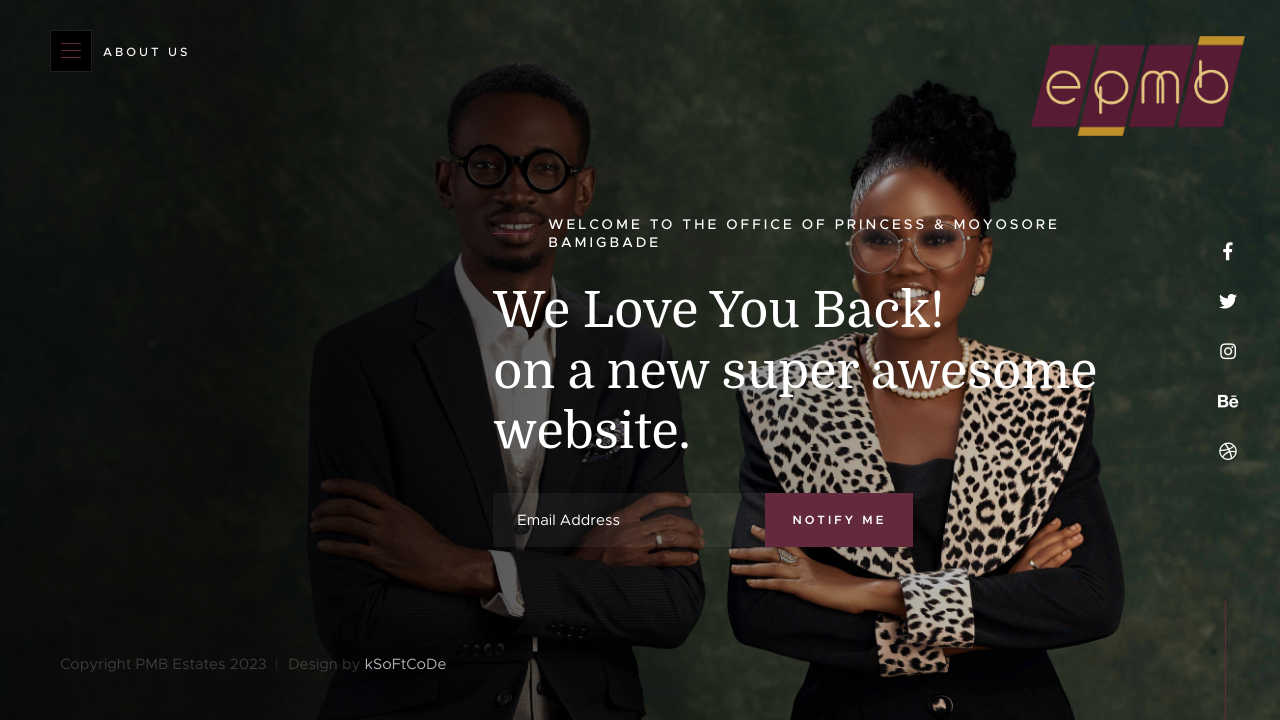
Repository: Ksoftcode/PMB
Page: index.html
An editor plug-in stored every save of this project. The page is shown before and after the next save, followed by the edit.
The browser window is 1280 px wide. The pictures show the whole page.

Above is the page before, as saved 2023-03-27 13:16:29.

### index.html
<!DOCTYPE html>
<html class="no-js" lang="en">
<head>

    <!--- basic page needs
    ================================================== -->
    <meta charset="utf-8">
    <title>Launch | EPMB</title>
    <meta name="description" content="">
    <meta name="author" content="">

    <!-- mobile specific metas
    ================================================== -->
    <meta name="viewport" content="width=device-width, initial-scale=1">

    <!-- CSS
    ================================================== -->
    <link rel="stylesheet" href="css/base.css">
    <link rel="stylesheet" href="css/vendor.css">
    <link rel="stylesheet" href="css/main.css">

    <!-- script
    ================================================== -->
    <script src="js/modernizr.js"></script>
    <script src="js/pace.min.js"></script>

    <!-- favicons
    ================================================== -->
    <link rel="shortcut icon" href="favicon.ico" type="image/x-icon">
    <link rel="icon" href="favicon.ico" type="image/x-icon">

</head>

<body>

    <!-- home
    ================================================== -->
    <main class="s-home s-home--static">

        <div class="overlay"></div>

        <div class="home-content">

            <div class="home-logo">
                <a href="index-static.html">
                    <img src="images/logo.png" alt="Homepage">
                </a>
            </div>

            <div class="row home-content__main">

                <div class="col-eight home-content__text pull-right">
                    <h3>Welcome to the office of Princess & Moyosore Bamigbade</h3>

                    <h1>
                        We Love You Back! <br>
                    on a new super awesome <br> website.
                    </h1>

                    <!-- <p>
                        The future has a way of arriving unannounced.
                    </p> -->

                    <div class="home-content__subscribe">
                        <form id="mc-form" class="group" novalidate="true">
                            <input type="email" value="" name="EMAIL" class="email" id="mc-email" placeholder="Email Address" required="">
                            <input type="submit" name="subscribe" value="Notify Me">
                            <label for="mc-email" class="subscribe-message"></label>
                        </form>
                    </div>
                </div>  <!-- end home-content__text -->

                <!--<div class="col-four home-content__counter">
                     <h3>We Love You Back!</h3>

                    <div class="home-content__clock">
                        <div class="top">
                            <div class="time days">
                                325
                                <span>Days</span>
                            </div>
                        </div>
                        <div class="time hours">
                            09
                            <span>H</span>
                        </div>
                        <div class="time minutes">
                            54
                            <span>M</span>
                        </div>
                        <div class="time seconds">
                            30
                            <span>S</span>
                        </div>
                    </div>   end home-content__clock

                </div>   end home-content__counter -->

            </div>  <!-- end home-content__main -->

            <ul class="home-social">
                <li>
                <a href="#0"><i class="fab fa-facebook-f" aria-hidden="true"></i><span>Facebook</span></a>
                </li>
                <li>
                <a href="#0"><i class="fab fa-twitter" aria-hidden="true"></i><span>Twiiter</span></a>
                </li>
                <li>
                <a href="#0"><i class="fab fa-instagram" aria-hidden="true"></i><span>Instagram</span></a>
                </li>
                <li>
                <a href="#0"><i class="fab fa-behance" aria-hidden="true"></i><span>Behance</span></a>
                </li>
                <li>
                <a href="#0"><i class="fab fa-dribbble" aria-hidden="true"></i><span>Dribbble</span></a>
                </li>
            </ul> <!-- end home-social -->

            <div class="row home-copyright">
                <span>Copyright PMB Estates 2023</span>
                <span>Design by <a href="#">kSoFtCoDe</a></span>
            </div> <!-- end home-copyright -->

            <div class="home-content__line"></div>

        </div> <!-- end home-content -->

    </main> <!-- end s-home -->

    <!-- info
    ================================================== -->
    <a class="info-toggle" href="#0">
        <span class="info-menu-icon"></span>
    </a>

    <div class="s-info">

        <div class="row info-wrapper">

            <div class="col-seven tab-full info-main">
                <h1>ILORIN: WHERE IT BEGAN</h1>
                <p>
                    Princess & Moyosore’s life and career grew out of deep windy city roots. From their childhood in the south community of Ilorin, through their first contact in Chapel Secondary School in 2004 and 2002 respectively with missionary standards where they became friends. In April, 2015, they began to plan a future together in which Moyosore was already a graduate architect and Princess had just completed her nursing program.
                </p>
            <br>
                <h1>A PROMISE: THE ROYAL WEDDING </h1>
                <p>
                    On April 20th, 2019, Princess & Moyosore got wedded which was a beautiful coincidence with moyosores 27th birthday at the International Convention Centre (ICC), Rhema Chapel Headquarters, Ilorin, Kwara State. Princess & Moyosore pledged a vow of a lifetime commitment built on Godly Christian principles and unswerving adventure.
                </p>
                <br>
                <h1>EDUCATION: A PRIORITY/STANDARD</h1>
                <p>
                    The union of Princess & Moyosore established a standard of continuous learning, unlearning and relearning through education. Princess proceeded for her pediatric nursing training at the Lagos University Teaching Hospital in 2018/2019 where by the grace of God she emerged the overall best student for the pediatrics post basic examination in Nigeria.
                    <br>
                    <br>
                    Moyosore also enrolled for his post graduate program in Federal University of Technology Akure where he also finished with honors. Subsequently, PMB proceeded for further studies. Moyosore bagged a diploma in the Business of Architecture from the European School of Economics. He further enrolled for an MSc in Architecture at University of Ilorin, Ilorin, Kwara State.
                    <br>
                    <br>
                    Princess completed a five (5) years nursing degree from the National Open University of Nigeria with honors. Afterwards, she proceeded for her master’s degree in maternal and child health nursing at Babcock University in 2022.
                    <br>
                    <br>
                    These achievements were constantly stirred by a burning desire to attain the zenith of their profession, where no one is left behind.
                    <center>“ 𝑳𝒊𝒕𝒕𝒍𝒆 𝒃𝒚 𝒍𝒊𝒕𝒕𝒍𝒆, 𝒕𝒉𝒆 𝒃𝒊𝒓𝒅 𝒎𝒂𝒌𝒆𝒔 𝒊𝒕𝒔 𝒏𝒆𝒔𝒕”</center>
                </p>
                <br>
                <br>
                <h1>BUSINESS: NIGHTINGALE AND DOCTORS OUTFIT LIMITED</h1>
                <p>
                    Princess shared her vision with Moyosore in 2015 on changing the narrative and perception of Nigerian nurses through a revolutionized appearance and the inclusivity of informatics in nursing education and practice. The company was birth in April 2016 at a small property equipped with machines and experienced staff. The company has since grown with offices in Ilorin and Lagos with a worldwide distribution network.
                </p>
                <br>
                <br>
                <h1> MB ARCHITECTS LIMITED </h1>
                <p>
                    Princess & Moyosore registered MB Architects limited in August 2017 with both of them as the company’s director. Moyosore had always envisioned owning a private firm of his, and this came to fruition with the support of his lovely wife. They took up roles and responsibilities in ensuring a good service delivery and ensuring nothing was left undone in the absence of one of them. Moyosore could always rely on Princesses intelligence in which she was skilled in penmanship while Moyosore possess numerical competence.
                    <br>
                    <br>
                    The firm has its registered offices in Lagos and Abuja, Nigeria. Princess believes in the dream of Moyosore building and designing over 2,000 structures as she addresses him as the <cite>Greatest Architect of Time.</cite>
                </p>
                <br>
            </div>

            <div class="col-four tab-full pull-right info-contact">

                <div class="info-block">
                    <h3>Start A Conversation</h3>
                    <p>
                        <a href="mailto:#0" class="info-email">mailus@ourwebsite.com</a><br>
                        <a href="tel:+18587338912" class="'info-phone">+1.858.733.8912</a>
                    </p>
                </div>

                <div class="info-block">
                    <h3>Visit Our Office</h3>

                    <p class="info-address">
                        1600 Amphitheatre Parkway<br>
                        Mountain View, CA<br>
                        94043 US
                    </p>
                </div>

                <div class="info-block">
                    <h3>Find Us On</h3>

                    <ul class="info-social">
                        <li>
                            <a href="#0"><i class="fab fa-facebook" aria-hidden="true"></i>
                            <span>Facebook</span></a>
                        </li>
                        <li>
                            <a href="#0"><i class="fab fa-twitter" aria-hidden="true"></i>
                            <span>Twiiter</span></a>
                        </li>
                        <li>
                            <a href="#0"><i class="fab fa-instagram" aria-hidden="true"></i>
                            <span>Instagram</span></a>
                        </li>
                        <li>
                            <a href="#0"><i class="fab fa-behance" aria-hidden="true"></i>
                            <span>Behance</span></a>
                        </li>
                        <li>
                            <a href="#0"><i class="fab fa-dribbble" aria-hidden="true"></i>
                            <span>Dribbble</span></a>
                        </li>
                    </ul>
                </div>

            </div>  <!-- end info contact -->

        </div>  <!-- end info wrapper -->

    </div> <!-- end s-info -->


    <!-- preloader
    ================================================== -->
    <div id="preloader">
        <div id="loader">
            <div class="line-scale-pulse-out">
                <div></div>
                <div></div>
                <div></div>
                <div></div>
                <div></div>
            </div>
        </div>
    </div>

    <!-- Java Script
    ================================================== -->
    <script src="js/jquery-3.2.1.min.js"></script>
    <script src="js/plugins.js"></script>
    <script src="js/main.js"></script>

</body>

</html>

### css/vendor.css
/* ===================================================================
 *
 *  Count v1.0 Vendor/Third Party CSS
 *  04-16-2018
 *  ------------------------------------------------------------------
 *
 *  TOC:
 *  # slick slider
 *
 * =================================================================== */


/* ===================================================================
 * # slick slider
 * http://kenwheeler.github.io/slick/
 * ------------------------------------------------------------------- */
.slick-slider {
  position: relative;
  display: block;
  box-sizing: border-box;
  -webkit-touch-callout: none;
  -webkit-user-select: none;
  -khtml-user-select: none;
  -moz-user-select: none;
  -ms-user-select: none;
  user-select: none;
  -ms-touch-action: pan-y;
  touch-action: pan-y;
  -webkit-tap-highlight-color: transparent;
}

.slick-list {
  position: relative;
  overflow: hidden;
  display: block;
  margin: 0;
  padding: 0;
}

.slick-list:focus {
  outline: none;
}

.slick-list.dragging {
  cursor: pointer;
  cursor: hand;
}

.slick-slider .slick-track,
.slick-slider .slick-list {
  -webkit-transform: translate3d(0, 0, 0);
  -moz-transform: translate3d(0, 0, 0);
  -ms-transform: translate3d(0, 0, 0);
  -o-transform: translate3d(0, 0, 0);
  transform: translate3d(0, 0, 0);
}

.slick-track {
  position: relative;
  left: 0;
  top: 0;
  display: block;
}

.slick-track:before,
.slick-track:after {
  content: "";
  display: table;
}

.slick-track:after {
  clear: both;
}

.slick-loading .slick-track {
  visibility: hidden;
}

.slick-slide {
  float: left;
  height: 100%;
  min-height: 1px;
  display: none;
}

[dir="rtl"] .slick-slide {
  float: right;
}

.slick-slide img {
  display: block;
}

.slick-slide.slick-loading img {
  display: none;
}

.slick-slide.dragging img {
  pointer-events: none;
}

.slick-initialized .slick-slide {
  display: block;
}

.slick-loading .slick-slide {
  visibility: hidden;
}

.slick-vertical .slick-slide {
  display: block;
  height: auto;
  border: 1px solid transparent;
}

.slick-arrow.slick-hidden {
  display: none;
}

/*# sourceMappingURL=vendor.css.map */

### css/fonts.css
/* ===================================================================
 * fonts.scss
 *
 * ------------------------------------------------------------------- */


/*
 * domine
================================================================================ */
@font-face {
  font-family: "domine-regular";
  src: url("../fonts/domine/domine-regular-webfont.woff2") format("woff2"), url("../fonts/domine/domine-regular-webfont.woff") format("woff");
  font-style: normal;
  font-weight: normal;
}

@font-face {
  font-family: "domine-bold";
  src: url("../fonts/domine/domine-bold-webfont.woff2") format("woff2"), url("../fonts/domine/domine-bold-webfont.woff") format("woff");
  font-style: normal;
  font-weight: normal;
}


/*
 * metropolis
================================================================================ */
@font-face {
  font-family: "metropolis-bold";
  src: url("../fonts/metropolis/metropolis-bold-webfont.woff2") format("woff2"), url("../fonts/metropolis/metropolis-bold-webfont.woff") format("woff");
  font-style: normal;
  font-weight: normal;
}

@font-face {
  font-family: "metropolis-semibold";
  src: url("../fonts/metropolis/metropolis-semibold-webfont.woff2") format("woff2"), url("../fonts/metropolis/metropolis-semibold-webfont.woff") format("woff");
  font-style: normal;
  font-weight: normal;
}

@font-face {
  font-family: "metropolis-medium";
  src: url("../fonts/metropolis/metropolis-medium-webfont.woff2") format("woff2"), url("../fonts/metropolis/metropolis-medium-webfont.woff") format("woff");
  font-style: normal;
  font-weight: normal;
}

@font-face {
  font-family: "metropolis-regular";
  src: url("../fonts/metropolis/metropolis-regular-webfont.woff2") format("woff2"), url("../fonts/metropolis/metropolis-regular-webfont.woff") format("woff");
  font-style: normal;
  font-weight: normal;
}

@font-face {
  font-family: "metropolis-light";
  src: url("../fonts/metropolis/metropolis-light-webfont.woff2") format("woff2"), url("../fonts/metropolis/metropolis-light-webfont.woff") format("woff");
  font-style: normal;
  font-weight: normal;
}

@font-face {
  font-family: "metropolis-extralight";
  src: url("../fonts/metropolis/metropolis-extralight-webfont.woff2") format("woff2"), url("../fonts/metropolis/metropolis-extralight-webfont.woff") format("woff");
  font-style: normal;
  font-weight: normal;
}

@font-face {
  font-family: "metropolis-italic";
  src: url("../fonts/metropolis/metropolis-regularitalic-webfont.woff2") format("woff2"), url("../fonts/metropolis/metropolis-regularitalic-webfont.woff") format("woff");
  font-style: normal;
  font-weight: normal;
}

/*# sourceMappingURL=fonts.css.map */

Loaded but not shown: js/modernizr.js (library); js/pace.min.js (library); js/jquery-3.2.1.min.js (library); css/font-awesome/css/fontawesome-all.css (library); js/plugins.js (library); js/main.js (160 lines, source omitted); css/main.css (2385 lines, source omitted); css/base.css (949 lines, source omitted)

After the next save:
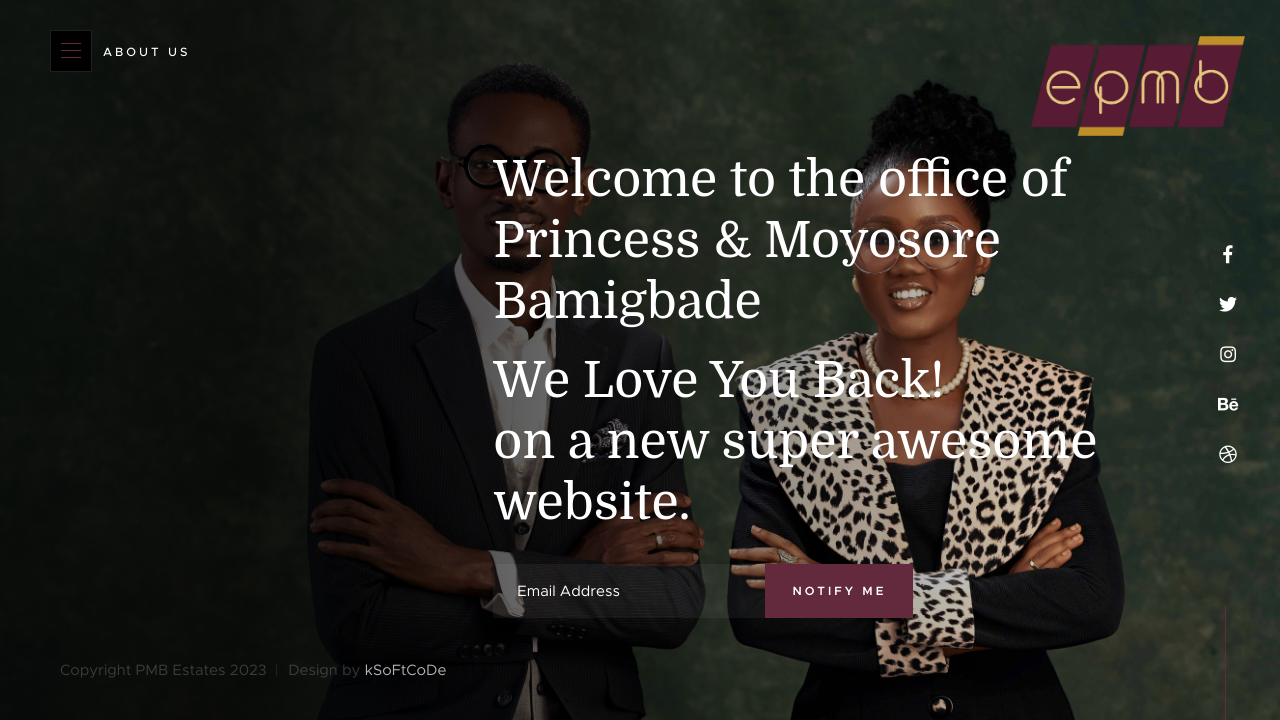
Saved 23 s later.
--- a/index.html
+++ b/index.html
@@ -50,7 +50,7 @@
             <div class="row home-content__main">
 
                 <div class="col-eight home-content__text pull-right">
-                    <h3>Welcome to the office of Princess & Moyosore Bamigbade</h3>
+                    <h1>Welcome to the office of Princess & Moyosore Bamigbade</h1>
 
                     <h1>
                         We Love You Back! <br>

After the save that followed:
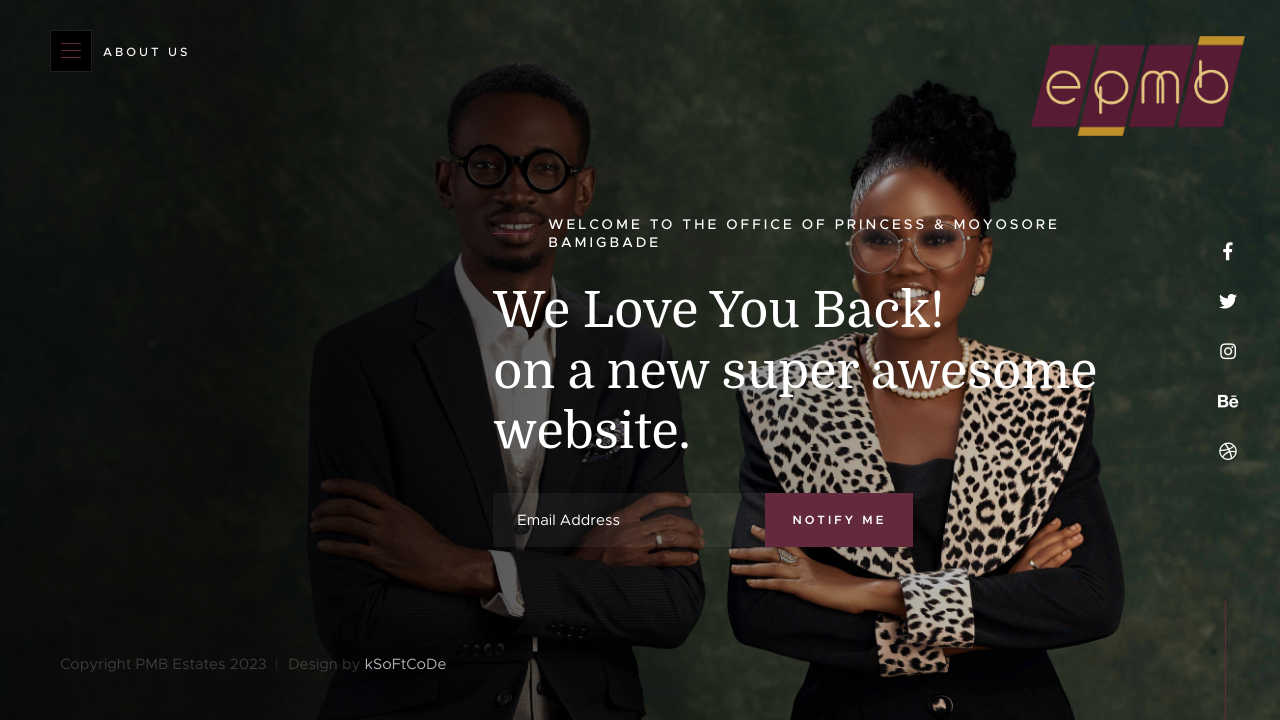
Saved 13 s later.
--- a/index.html
+++ b/index.html
@@ -50,7 +50,7 @@
             <div class="row home-content__main">
 
                 <div class="col-eight home-content__text pull-right">
-                    <h1>Welcome to the office of Princess & Moyosore Bamigbade</h1>
+                    <h3>Welcome to the office of Princess & Moyosore Bamigbade</h3>
 
                     <h1>
                         We Love You Back! <br>
